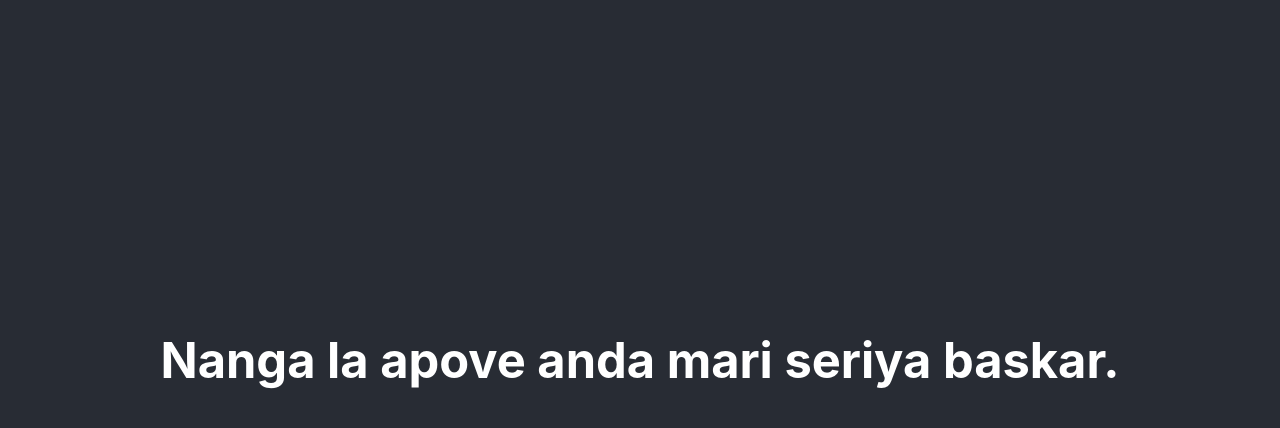
Repository: Baskaran-Ra/React-signup-
Page: /
An editor plug-in stored every save of this project. The page is shown before and after a run of saves, followed by the edit.
The browser window is 1280 px wide. The pictures show the whole page.
The project was rebuilt for these pictures with package versions that can differ from the ones it lists, and the page was loaded fresh each time.

Above is the page before, as saved 2022-12-20 15:50:24.

After the next 3 saves:
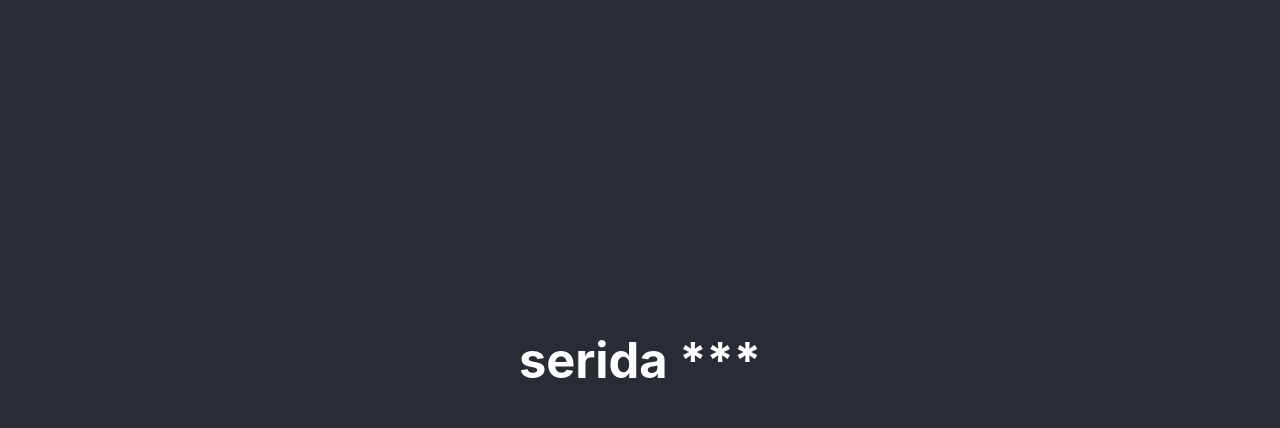
The 3 saves are shown as one change because they came seconds apart.
The last was saved 25 min 26 s later.
--- a/src/App.js
+++ b/src/App.js
@@ -5,7 +5,7 @@
   return (
     <div className="App">
       <header className="App-header">
-<h1>Nanga la apove anda mari seriya baskar.</h1>
+<h1>serida ***</h1>
       </header>
     </div>
   );
